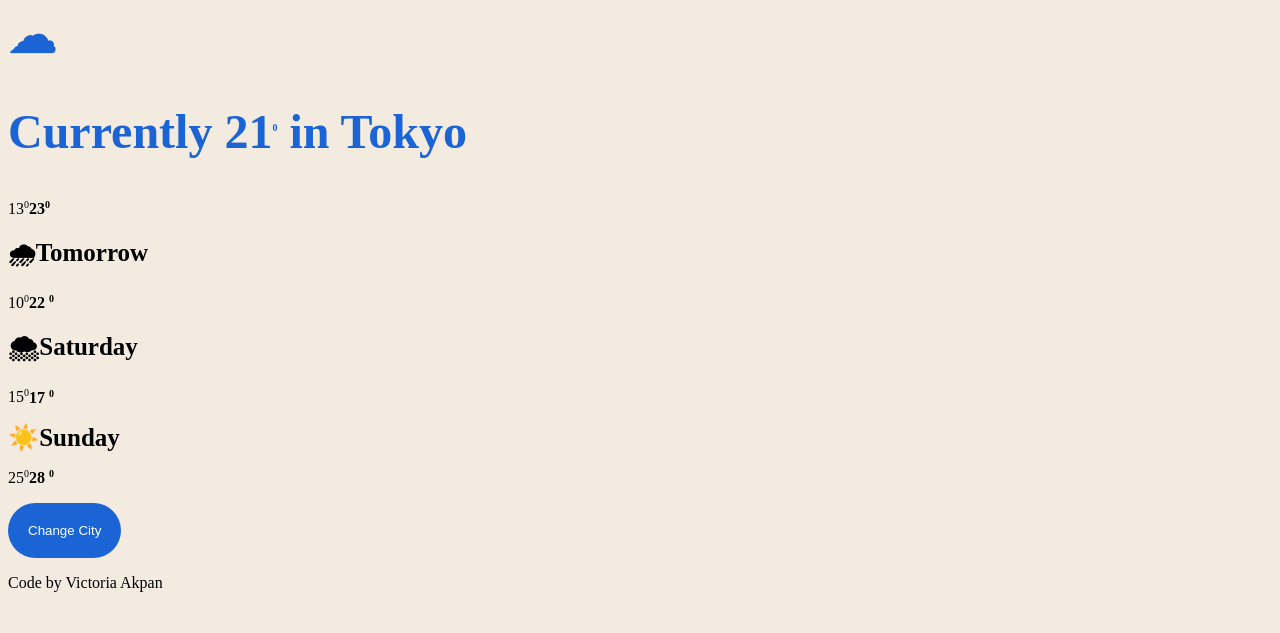
Repository: VickyJacob23/SheCode
Page: firstCode/weatherAppHomeWork.html
These files come from the project's save history. The page is drawn as it stood at one moment and after the next save; the edit follows.
The browser window is 1280 px wide. The pictures show the whole page.
The pointer rests on the first visible `button`.

Above is the page before, as saved 2024-08-26 23:49:02.

### firstCode/weatherAppHomeWork.html
<!DOCTYPE html>
<html lang="en">
<head>
    <meta charset="UTF-8">
    <meta name="viewport" content="width=device-width, initial-scale=1.0">
    <title>Demo WeatherAPP</title>

    <style>
        body{
            background-color: #f3ebe0;
        }
        .title h1,.icon{
            color: #1a64d6;
            font-size: 48px;
            font-weight: 700;
        }
        .container{
            margin: auto;
        }
        .icon div{
            color: #1a64d6;
        }
        .subtitle{
            color: #000103;
            font-size: 25px;
            font-weight: 600;
        }
        span{
            font-weight: 700;
        }
        sup{
            font-size: 10px;
        }
        button{
            background-color: #1a64d6;
            color: #fff;
            border: none;
            outline: none;
            padding: 1.5em;
            border-radius: 30px;
        }
    </style>
</head>
<body>
    <div class="container">

        <section class="title">
            <div class="icon">☁</div>
            <h1>Currently 21<sup>0</sup> in Tokyo</h1>
            <p>13<sup>0</sup><span>23<sup>0</sup></span></p>
        </section>

        <section>
            <div class="subtitle">🌧Tomorrow</div>
            <p>10<sup>0</sup><span>22 <sup>0</sup></span></p>
        </section>

        <section>
            <div class="subtitle">🌨Saturday</div>
            <p>15<sup>0</sup><span>17 <sup>0</sup></span></p>
        </section>

        <section>
            <div class="subtitle">☀️Sunday</div>
            <p>25<sup>0</sup><span>28 <sup>0</sup></span></p>
        </section>

        <button>Change City</button>

        <p>Code by Victoria Akpan </p>
    </div>
</body>
</html>

After the next save:
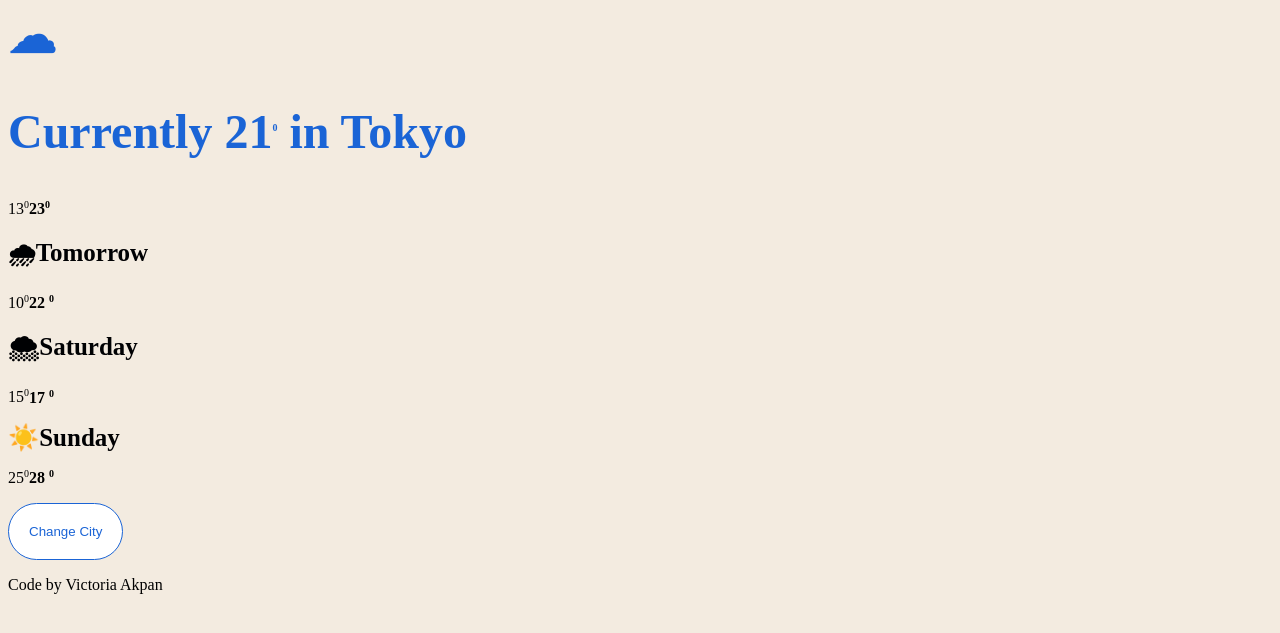
Saved 108 s later.
--- a/firstCode/weatherAppHomeWork.html
+++ b/firstCode/weatherAppHomeWork.html
@@ -39,6 +39,11 @@
             padding: 1.5em;
             border-radius: 30px;
         }
+        button:hover{
+            background-color: #fff;
+            color: #1a64d6;
+            border:1px solid #1a64d6
+        }
     </style>
 </head>
 <body>
